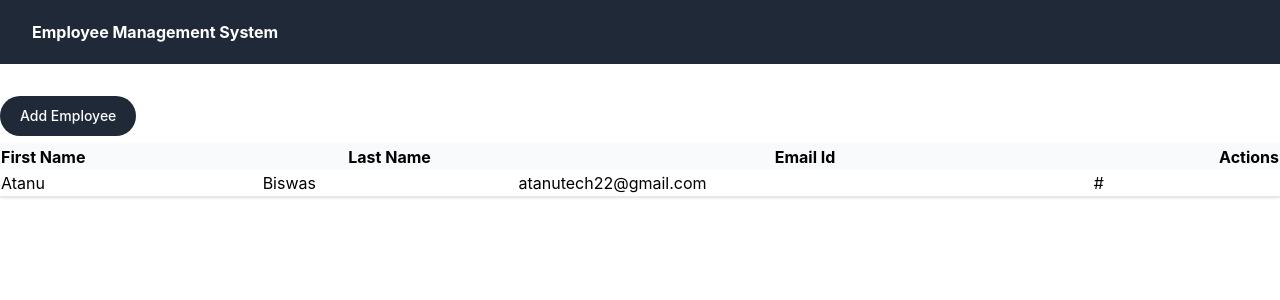
Repository: Atanu484/Full-Stack-Employee-Management-System
Page: / (app in employee-system-frontend/)
These files come from the project's save history. The page is drawn as it stood at one moment and after a run of saves; the edit follows.
The browser window is 1280 px wide. The pictures show the whole page.
The project was rebuilt for these pictures with package versions that can differ from the ones it lists, and the page was loaded fresh each time. Also part of the build but not shown: employee-system-frontend/src/App.css, employee-system-frontend/src/services/EmployeeService.js, employee-system-frontend/src/components/AddEmployee.js.

Above is the page before, as saved 2022-08-15 05:02:08.

### employee-system-frontend/src/App.js

import { BrowserRouter, Routes, Route } from 'react-router-dom';
import './App.css';
import AddEmployee from './components/AddEmployee';
import EmployeeList from './components/EmployeeList';
import NavBar from './components/NavBar';

function App() {
  return (
    <>
      <BrowserRouter>
        <NavBar />
        <Routes>
          <Route path="/" element={<EmployeeList />}></Route>
          <Route path="/employeeList" element={<EmployeeList />}></Route>
          <Route path="/addEmployee" element={<AddEmployee />}></Route>
        </Routes>
      </BrowserRouter>
    </>
  );
}

export default App;

### employee-system-frontend/src/components/EmployeeList.js

import React from 'react';
const EmployeeList = () => {
    return (
        <div className="container mx-auto my-8">
            <div className="h-12">
                <button type="button" class="text-white bg-gray-800 hover:bg-gray-900 focus:outline-none focus:ring-4 focus:ring-gray-300 font-medium rounded-full text-sm px-5 py-2.5 mr-2 mb-2 dark:bg-gray-800 dark:hover:bg-gray-700 dark:focus:ring-gray-700 dark:border-gray-700">Add Employee</button>
            </div>
            <div className="flex shadow border-b">
                <table className="min-w-full">
                    <thead className="bg-gray-50">
                        <tr>
                            <th className='text-left'>First Name</th>
                            <th>Last Name</th>
                            <th>Email Id</th>
                            <th className="text-right">Actions</th>
                        </tr>
                    </thead>
                    <tbody className='bg-white'>
                        <tr>
                            <td>Atanu</td>
                            <td>Biswas</td>
                            <td>atanutech22@gmail.com</td>
                            <td>#</td>
                        </tr>
                    </tbody>
                </table>
            </div>
        </div>
    );
};

export default EmployeeList;

### employee-system-frontend/src/components/NavBar.js
import React from "react";

const Navbar = () => {
    return (
        <div className="bg-gray-800">
            <div className="h-16 px-8 flex items-center">
                <p className="text-white font-bold">Employee Management System</p>
            </div>
        </div>
    );
};

export default Navbar;

Loaded but not shown: employee-system-frontend/public/index.html (common file); employee-system-frontend/src/index.js (common file); employee-system-frontend/src/index.css (common file); employee-system-frontend/tailwind.config.js (common file)

After the next 3 saves:
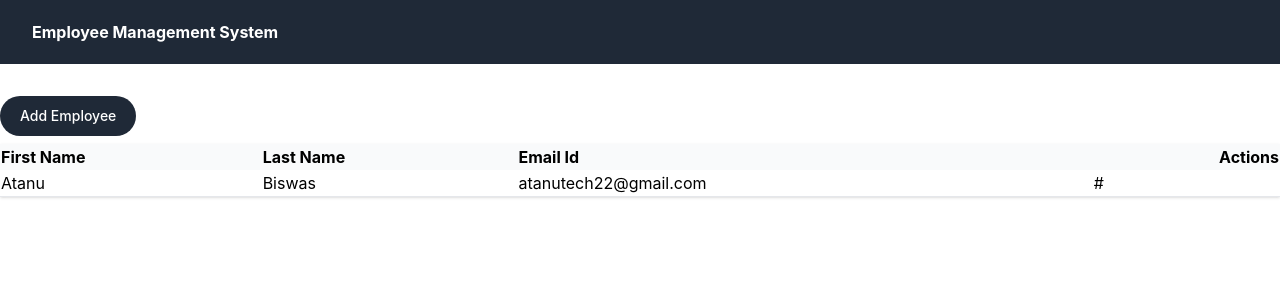
The 3 saves are shown as one change because they came seconds apart.
The last was saved 16 s later.
--- a/employee-system-frontend/src/components/EmployeeList.js
+++ b/employee-system-frontend/src/components/EmployeeList.js
@@ -11,8 +11,8 @@ const EmployeeList = () => {
                     <thead className="bg-gray-50">
                         <tr>
                             <th className='text-left'>First Name</th>
-                            <th>Last Name</th>
-                            <th>Email Id</th>
+                            <th className='text-left'>Last Name</th>
+                            <th className='text-left'>Email Id</th>
                             <th className="text-right">Actions</th>
                         </tr>
                     </thead>
